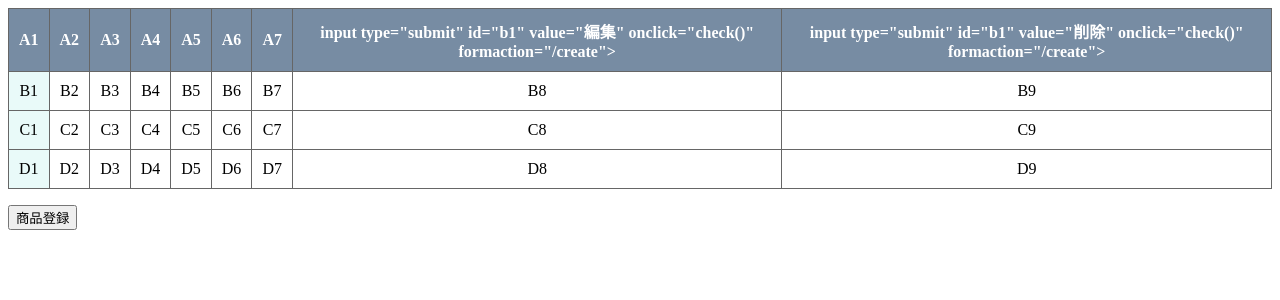
Repository: terasaki-yoshiaki/java-task4
Page: http://localhost/InventoryList
An editor plug-in stored every save of this project. The page is shown before and after the next save, followed by the edit.
The browser window is 1280 px wide. The pictures show the whole page.
The page is this project's Thymeleaf template; nobody is signed in. The template is opened directly, without the code that normally fills it, so the values that code supplies are empty.

Above is the page before, as saved 2024-08-29 09:26:10.

### Inventory/src/main/resources/templates/InventoryList.html
<!DOCTYPE html>
<html>
<head>
<meta charset="UTF-8">
<title>帳簿</title>
<style>
	.design08 {
		 width: 100%;
		 text-align: center;
		 border-collapse: collapse;
		 border-spacing: 0;
		}
		.design08 th {
		 padding: 10px;
		 background: #778ca3;
		 border: solid 1px #666666;
		 color: #ffffff;
		}
		.design08 td {
		 padding: 10px;
		 border: solid 1px #666666;
		}
		.design08 td:first-child {
		 background: #e9faf9;
		}
	</style>
	</head>
<body>
	<table class="design08">
	 <tr>
	  <th>A1</th>
	  <th>A2</th>
	  <th>A3</th>
	  <th>A4</th>
	  <th>A5</th>
	  <th>A6</th>
	  <th>A7</th>
	  <th>input type="submit" id="b1" value="編集" onclick="check()" formaction="/create"></th>
	  <th>input type="submit" id="b1" value="削除" onclick="check()" formaction="/create"></th>
	  </tr>
	 <tr>
	  <td>B1</td>
	  <td>B2</td>
	  <td>B3</td>
	  <td>B4</td>
	  <td>B5</td>
	  <td>B6</td>
	  <td>B7</td>
	  <td>B8</td>
	  <td>B9</td>
	 </tr>
	 <tr>
	  <td>C1</td>
	  <td>C2</td>
	  <td>C3</td>
	  <td>C4</td>
	  <td>C5</td>
	  <td>C6</td>
	  <td>C7</td>
	  <td>C8</td>
	  <td>C9</td>
	 </tr>
	 <tr>
	  <td>D1</td>
	  <td>D2</td>
	  <td>D3</td>
	  <td>D4</td>
	  <td>D5</td>
	  <td>D6</td>
	  <td>D7</td>
	  <td>D8</td>
	  <td>D9</td>
	 </tr>
	</table>

	<p><input type="submit" id="b1" value="商品登録" onclick="check()" formaction="/create"></p>
	</body>
</html>

After the next save:
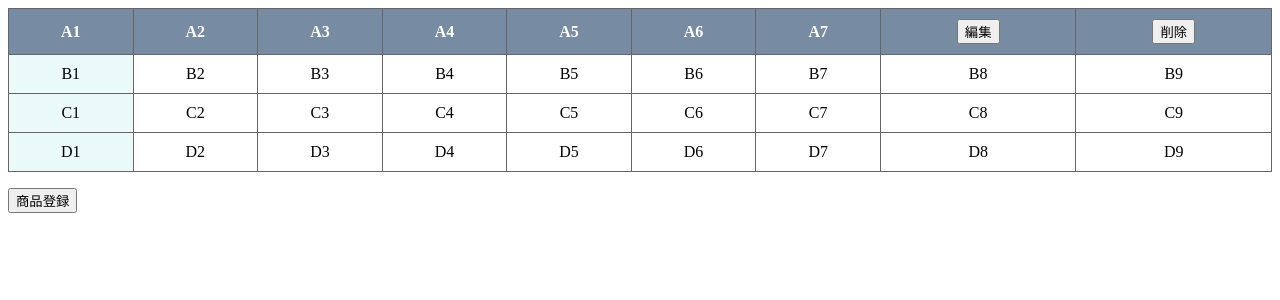
Saved 34 s later.
--- a/Inventory/src/main/resources/templates/InventoryList.html
+++ b/Inventory/src/main/resources/templates/InventoryList.html
@@ -35,8 +35,8 @@
 	  <th>A5</th>
 	  <th>A6</th>
 	  <th>A7</th>
-	  <th>input type="submit" id="b1" value="編集" onclick="check()" formaction="/create"></th>
-	  <th>input type="submit" id="b1" value="削除" onclick="check()" formaction="/create"></th>
+	  <th><input type="submit" id="b1" value="編集" onclick="check()" formaction="/create"></th>
+	  <th><input type="submit" id="b1" value="削除" onclick="check()" formaction="/create"></th>
 	  </tr>
 	 <tr>
 	  <td>B1</td>
